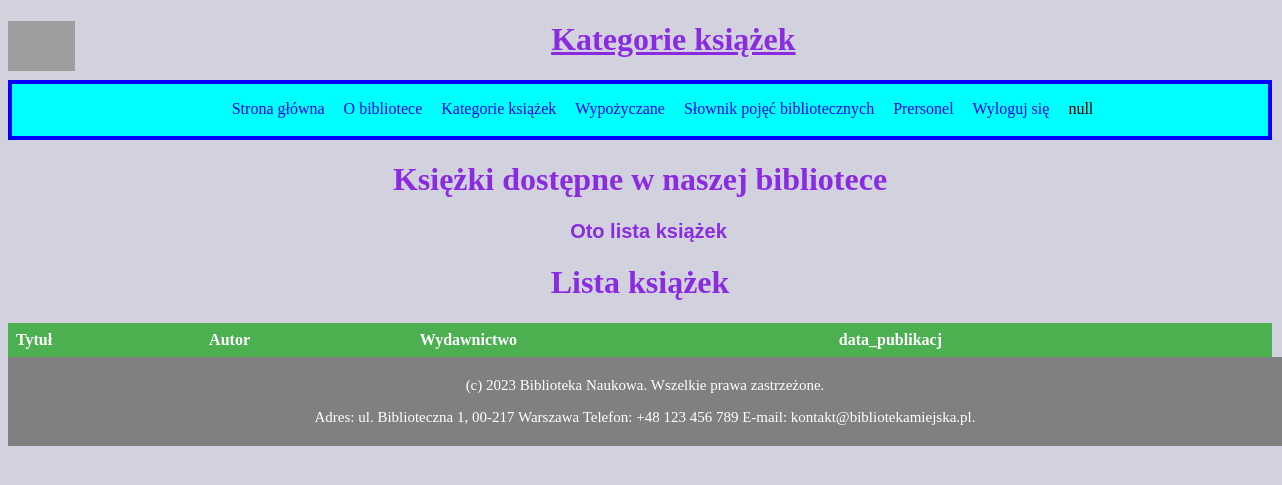
Repository: Dominik098/projekt
Page: http://localhost/biblioteka/C_Kategorie książek.jsp
An editor plug-in stored every save of this project. The page is shown before and after the next save, followed by the edit.
The browser window is 1280 px wide. The page is 1282 px wide, so the pictures cover 1282 px, including what lies to the right of the window. The pictures show the whole page.
Pictures or frames that could not be fetched are drawn as grey boxes. The page is served by Tomcat 9. Other server files are loaded and not shown. Queries for data that is not in the repository find no rows.

Above is the page before, as saved 2023-04-15 12:38:30.

### java projekt/biblioteka/src/main/webapp/C_Kategorie książek.jsp
<%@ page language="java" contentType="text/html; charset=UTF-8"%>


<%@ page import="java.sql.*" %>


 <!DOCTYPE html>
<html lang="en">

<head>
    <meta charset="UTF-8">
    <meta http-equiv="X-UA-Compatible" content="IE=edge">
    <meta name="viewport" content="width=device-width, initial-scale=1.0">
    <link rel="stylesheet" href="C_kategorie.css" type="text/css">

    <link rel="icon" type="image/png" href="3.png" sizes="96x96" />
    <title>Kategorie książek </title>
</head>

<body>
    <tr>
        <td align="center"><img src="logo.jpg" name="ksiazka" align="left" weight="90px" height="50px"></td>
    </tr>
    <h1>
        <center><u>Kategorie książek</u></center>
    </h1>
    <header>
        <nav>
            <ul>
                <li><a href="A_strona-gl.jsp">Strona główna</a></li>
                <li><a href="B_O bibiotece.jsp">O bibliotece</a></li>
                <li><a href="C_Kategorie książek.jsp">Kategorie książek </a></li>
                <li><a href="D_Wypożyczenia.jsp">Wypożyczane </a></li>
                <li><a href="E_Słownik pojęć.jsp">Słownik pojęć bibliotecznych</a></li>
                <li><a href="F_personel.jsp">Prersonel</a></li>
               <!-- <li><a href="G_login.jsp">Logowanie</a></li>
                <li><a href="H_rejestracja.jsp">Rejestracja</a></li>-->
                <li><a href= "logout">Wyloguj się</a></li>
                <li><a > <%=session.getAttribute("email-login") %> </a></li>
            </ul>

        </nav>

    </header>
    <h1>Księżki dostępne w naszej bibliotece</h1>
    <h3>Oto lista książek</h3>

    <h1>Lista książek</h1>
    <table>
        <tr>
            <th>Tytuł</th>
            <th>Autor</th>
            <th>Wydawnictwo</th>
            <th>data_publikacj</th>
        </tr>
        <%
            try {
                // Połączenie z bazą danych
                String url = "jdbc:mysql://localhost:3306/Biblioteka";
                String user = "root";
                String password = "P@ssw0rd";
                Connection conn = DriverManager.getConnection(url, user, password);

                // Zapytanie SQL
                String sql = "SELECT * FROM Książki";
                PreparedStatement ps = conn.prepareStatement(sql);
                ResultSet rs = ps.executeQuery();

                // Wyświetlenie wyników zapytania
                while (rs.next()) {
                    String tytuł = rs.getString("tytuł");
                    String autor = rs.getString("autor");
                    String wydawnictwo = rs.getString("wydawnictwo");
                    String data_publikacji = rs.getString("data_publikacji");
        %>
            <tr>
                <td><%= tytuł %></td>
                <td><%= autor %></td>
                <td><%= wydawnictwo %></td>
                <td><%= data_publikacji %></td>
            </tr>
        <%
                }
                // Zamykanie połączenia z bazą danych
                rs.close();
                ps.close();
                conn.close();
            } catch (SQLException e) {
                e.printStackTrace();
            }
        %>
    </table>













    <footer>
        <p>(c) 2023 Biblioteka Naukowa. Wszelkie prawa zastrzeżone.</p>
        <p>Adres: ul. Biblioteczna 1, 00-217 Warszawa Telefon: +48 123 456 789  E-mail: kontakt@bibliotekamiejska.pl.</p>

    </footer>



</body>

</html>

### java projekt/biblioteka/src/main/webapp/C_kategorie.css
body {
    background-color: rgb(210, 210, 222);

}

header {
    border: 4px;
    background-color: aqua;
    border: 4px solid blue;
    padding-bottom: 2px;
}



h1 {
    text-align: center;
    color: blueviolet;

}

h3 {
    text-align: center;
    margin-left: 17px;
    color: blueviolet;
    font-family: Arial;
    font-size: 20px;

}




ul li {
    display: inline;
    margin-left: 5px;
    padding: 5px;

}

ul {
    text-align: center;
}

a {
    padding-top: 5px;
    padding-bottom: 5px;
    text-decoration: none;
}






footer {
    text-align: center;
    font-size: 15px;
    color: white;
    background-color: gray;


    bottom: 0;
    margin-top: auto;
    width: 100%;
    padding: 5px;
}



table {
        background-color: #f9f9f9;
        border-collapse: collapse;
        width: 100%;
    }

    th, td {
        text-align: left;
        padding: 8px;
    }

    th {
        background-color: #4CAF50;
        color: white;
    }


    tr:hover {
  border-bottom: 2px solid red;
}


.pobierz{

  display: inline-block;
  padding: 10px 20px;
  font-size: 12px;
  font-weight: bold;
  text-align: center;
  text-transform: uppercase;
  color: #fff;
  background-color: #4CAF50;
  border: none;
  border-radius: 5px;
  box-shadow: 0 3px 6px rgba(0, 0, 0, 0.3);
  cursor: pointer;
  transition: background-color 0.3s ease;
}

.pobierz:hover {
  background-color: #0056b3;
}

.klik {
  background-color: transparent;
  border: none;
  cursor: pointer;
  background-color:  aqua;
  border: none;
  border-radius: 5px;
  box-shadow: 0 3px 6px rgba(0, 0, 0, 0.1);
  font-size: 11px;
  font-weight: bold;
  text-align: center;
}

.klik:hover {
  background-color: #0056b3;
  color: #ffffff;
}

.wyloguj{

  display: inline-block;
  padding: 10px 10px;
  font-size: 11px;
  font-weight: bold;
  text-align: center;
  text-transform: uppercase;
  color: black;
  background-color:  aqua;
  border: none;
  border-radius: 5px;
  box-shadow: 0 3px 6px rgba(0, 0, 0, 0.8);
  cursor: pointer;
  transition: background-color 0.3s ease;
}

.wyloguj:hover {
  background-color: #0056b3;
}
 .dodanie{
 display: inline-block;
  padding: 10px 10px;
  font-size: 11px;
  font-weight: bold;
  text-align: center;
  text-transform: uppercase;
  color: black;
  background-color:  rgb(210, 210, 222);
  border: none;
  border-radius: 5px;
  box-shadow: 0 3px 6px rgba(0, 0, 0, 0.6);
  cursor: pointer;
  transition: background-color 0.3s ease;

 }
 .dodanie:hover{
 background-color: #0056b3;
 }
#info{
	text-align: center;

}
 #info_przycisk {
        background-color: #4CAF50;
        color: #fff;
        border: none;
        padding: 5px 10px;
        border-radius: 4px;

        cursor: pointer;
        transition: background-color 0.3s ease;
    }

After the next save:
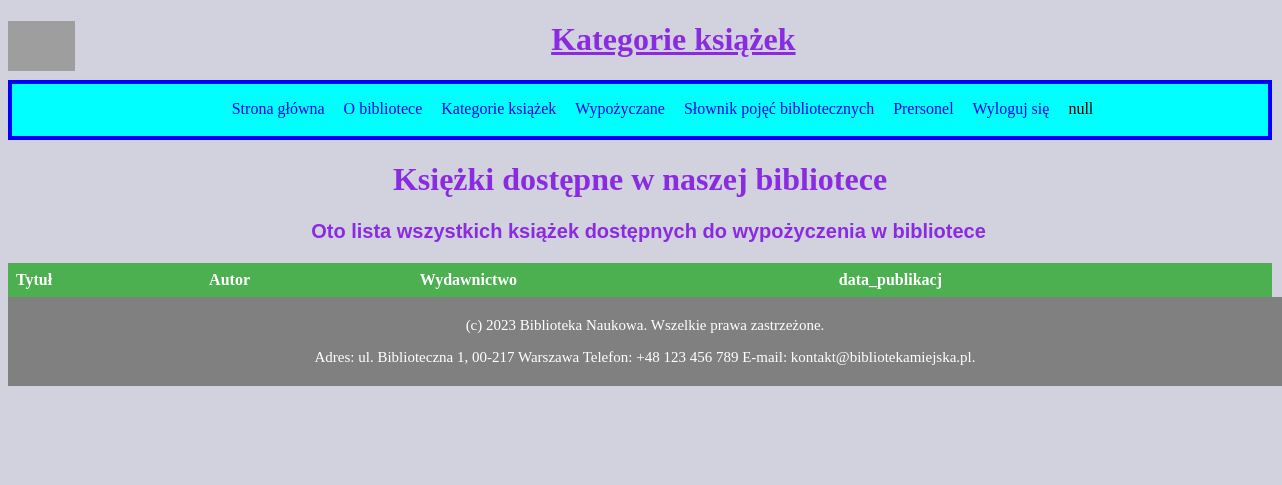
Saved 92 s later.
--- a/java projekt/biblioteka/src/main/webapp/C_Kategorie książek.jsp
+++ b/java projekt/biblioteka/src/main/webapp/C_Kategorie książek.jsp
@@ -43,9 +43,9 @@
 
     </header>
     <h1>Księżki dostępne w naszej bibliotece</h1>
-    <h3>Oto lista książek</h3>
+    <h3>Oto lista wszystkich książek dostępnych do wypożyczenia w bibliotece </h3>
 
-    <h1>Lista książek</h1>
+
     <table>
         <tr>
             <th>Tytuł</th>
